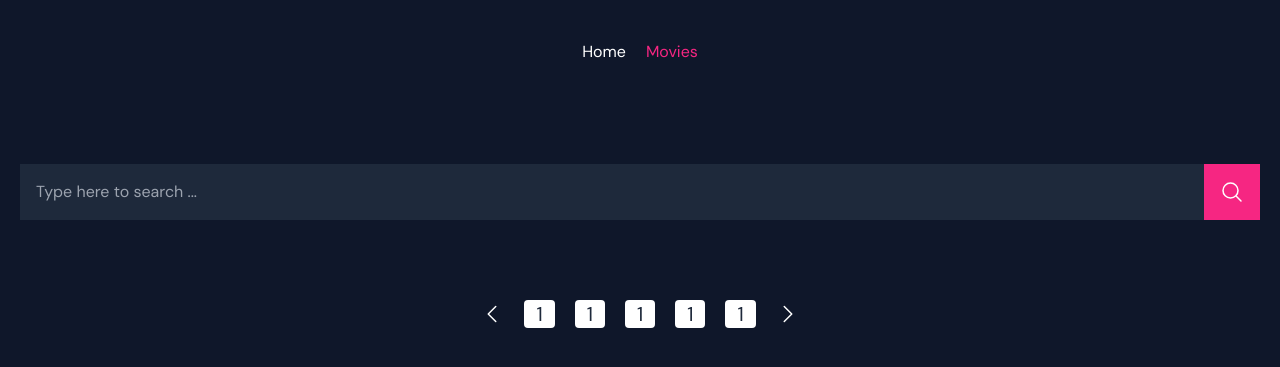
Repository: thanhdinh01/simple-movie
Page: /movies
These files come from the project's save history. The page is drawn as it stood at one moment and after the next save; the edit follows.
The browser window is 1280 px wide. The pictures show the whole page.
The page's requests for data from a server got no answer. The project was rebuilt for these pictures with package versions that can differ from the ones it lists, and the page was loaded fresh each time. No one was signed in, and anything a server would have sent is missing. Also part of the build but not shown: src/components/banner/Banner.js, src/components/movie/MovieCard.js, src/components/movie/MovieList.js, src/pages/HomePage.js, src/pages/MovieDetailPage.js.

Above is the page before, as saved 2023-03-01 11:34:24.

### public/index.html
<!DOCTYPE html>
<html lang="en">
  <head>
    <meta charset="utf-8" />
    <link rel="icon" href="%PUBLIC_URL%/favicon.ico" />
    <meta name="viewport" content="width=device-width, initial-scale=1" />
    <meta name="theme-color" content="#000000" />
    <meta
      name="description"
      content="Web site created using create-react-app"
    />
    <link rel="apple-touch-icon" href="%PUBLIC_URL%/logo192.png" />
    <!--
      manifest.json provides metadata used when your web app is installed on a
      user's mobile device or desktop. See https://developers.google.com/web/fundamentals/web-app-manifest/
    -->
    <link rel="manifest" href="%PUBLIC_URL%/manifest.json" />
    <link rel="preconnect" href="https://fonts.googleapis.com" />
    <link rel="preconnect" href="https://fonts.gstatic.com" crossorigin />
    <link
      href="https://fonts.googleapis.com/css2?family=DM+Sans:wght@400;500;700&display=swap"
      rel="stylesheet"
    />
    <!--
      Notice the use of %PUBLIC_URL% in the tags above.
      It will be replaced with the URL of the `public` folder during the build.
      Only files inside the `public` folder can be referenced from the HTML.

      Unlike "/favicon.ico" or "favicon.ico", "%PUBLIC_URL%/favicon.ico" will
      work correctly both with client-side routing and a non-root public URL.
      Learn how to configure a non-root public URL by running `npm run build`.
    -->
    <title>React App</title>
  </head>
  <body>
    <noscript>You need to enable JavaScript to run this app.</noscript>
    <div id="root"></div>
    <!--
      This HTML file is a template.
      If you open it directly in the browser, you will see an empty page.

      You can add webfonts, meta tags, or analytics to this file.
      The build step will place the bundled scripts into the <body> tag.

      To begin the development, run `npm start` or `yarn start`.
      To create a production bundle, use `npm run build` or `yarn build`.
    -->
  </body>
</html>

### src/index.scss
@tailwind base;
@tailwind components;
@tailwind utilities;

@layer base {
  body {
    @apply bg-slate-900 font-thanh px-5 text-white;
  }
}

@layer components {
  .page-container {
    max-width: 1280px;
    @apply mx-auto;
  }

  .movie-list .swiper-slide {
    width: 300px;
    height: auto;
  }

  .banner .swiper {
    height: 100%;
  }
}

### src/App.js
import { Fragment, React } from "react";
import "swiper/scss";
import Banner from "./components/banner/Banner";
import { Route, Routes } from "react-router-dom";
import Main from "./components/layout/Main";
import HomePage from "./pages/HomePage";
import MoviePage from "./pages/MoviePage";
import MovieDetailPage from "./pages/MovieDetailPage";

function App() {
  return (
    <Fragment>
      <Routes>
        <Route element={<Main></Main>}>
          <Route
            path="/"
            element={
              <>
                <Banner></Banner>
                <HomePage></HomePage>
              </>
            }
          ></Route>
          <Route path="/movies" element={<MoviePage></MoviePage>}></Route>
          <Route
            path="/movie/:movieId"
            element={<MovieDetailPage></MovieDetailPage>}
          ></Route>
        </Route>
      </Routes>
    </Fragment>
  );
}

export default App;

### src/components/layout/Main.js
import React, { Fragment } from "react";
import { Outlet } from "react-router";
import Header from "./Header";

const Main = () => {
  return (
    <Fragment>
      <Header></Header>
      <Outlet></Outlet>
    </Fragment>
  );
};

export default Main;

### src/pages/MoviePage.js
import React, { useEffect, useState } from "react";
import { fetcher } from "../config";
import useSWR from "swr";
import MovieCard from "../components/movie/MovieCard";
import useDebounce from "../hooks/useDebounce";

const MoviePage = () => {
  // const [movies, setMovies] = useState([]);
  const [filter, setFilter] = useState("");
  const [url, setUrl] = useState(
    "https://api.themoviedb.org/3/movie/popular?api_key=3ebac7519711ebbec5fcfb8abd2d5d99"
  );
  let debounceValue = useDebounce(filter, 500);

  const { data, error } = useSWR(url, fetcher);
  const pageQuantity = 5;

  useEffect(() => {
    if (debounceValue) {
      setUrl(
        `https://api.themoviedb.org/3/search/movie?api_key=3ebac7519711ebbec5fcfb8abd2d5d99&query=${debounceValue}`
      );
    } else {
      setUrl(
        "https://api.themoviedb.org/3/movie/popular?api_key=3ebac7519711ebbec5fcfb8abd2d5d99"
      );
    }
  }, [debounceValue]);

  // useEffect(() => {
  //   if (data) setMovies(data?.results);
  // }, [data]);

  const handleChangeSearch = (e) => {
    console.log("value:", e.target.value);
    setFilter(e.target.value);
    console.log("debounceValue:", debounceValue);
  };

  const loading = !data && !error;

  const movies = data?.results || [];

  return (
    <div className="page-container py-10">
      <div className="flex mb-10">
        <div className="flex-1">
          <input
            type="text"
            placeholder="Type here to search ..."
            className="w-full outline-none bg-slate-800 p-4 text-white"
            onChange={handleChangeSearch}
          />
        </div>
        <button className="p-4 bg-primary text-white">
          <svg
            xmlns="http://www.w3.org/2000/svg"
            fill="none"
            viewBox="0 0 24 24"
            strokeWidth="1.5"
            stroke="currentColor"
            className="w-6 h-6"
          >
            <path
              strokeLinecap="round"
              strokeLinejoin="round"
              d="M21 21l-5.197-5.197m0 0A7.5 7.5 0 105.196 5.196a7.5 7.5 0 0010.607 10.607z"
            />
          </svg>
        </button>
      </div>
      {loading && (
        <div className="flex justify-center items-center mx-auto h-10 w-10 rounded-full border-8 border-primary border-t-transparent animate-spin"></div>
      )}
      {!loading && (
        <div className="grid grid-cols-4 gap-10 text-white mt-10">
          {movies?.length > 0 &&
            movies.map((item) => (
              <MovieCard key={item.id} item={item}></MovieCard>
            ))}
        </div>
      )}

      <div className="flex justify-center items-center mt-10 gap-x-5">
        <span className="cursor-pointer">
          <svg
            xmlns="http://www.w3.org/2000/svg"
            fill="none"
            viewBox="0 0 24 24"
            strokeWidth="1.5"
            stroke="currentColor"
            className="w-6 h-6"
          >
            <path
              strokeLinecap="round"
              strokeLinejoin="round"
              d="M15.75 19.5L8.25 12l7.5-7.5"
            />
          </svg>
        </span>
        {new Array(pageQuantity).fill(0).map((item, index) => (
          <span className="cursor-pointer bg-white text-slate-800 px-3 py-1 rounded leading-none text-xl">
            1
          </span>
        ))}
        <span className="cursor-pointer">
          <svg
            xmlns="http://www.w3.org/2000/svg"
            fill="none"
            viewBox="0 0 24 24"
            strokeWidth="1.5"
            stroke="currentColor"
            className="w-6 h-6"
          >
            <path
              strokeLinecap="round"
              strokeLinejoin="round"
              d="M8.25 4.5l7.5 7.5-7.5 7.5"
            />
          </svg>
        </span>
      </div>
    </div>
  );
};

export default MoviePage;

### src/config.js
export const fetcher = (...args) => fetch(...args).then((res) => res.json());

export const apiKey = "3ebac7519711ebbec5fcfb8abd2d5d99";

### src/components/layout/Header.js
import React from "react";
import { NavLink } from "react-router-dom";

const Header = () => {
  return (
    <header className="header flex items-center justify-center gap-x-5 py-10 mb-5 text-white">
      <NavLink
        to="/"
        className={({ isActive }) => (isActive ? "text-primary" : "text-white")}
      >
        Home
      </NavLink>
      <NavLink
        to="/movies"
        className={({ isActive }) => (isActive ? "text-primary" : "text-white")}
      >
        Movies
      </NavLink>
    </header>
  );
};

export default Header;

### src/hooks/useDebounce.js
import { useEffect, useState } from "react";

export default function useDebounce(value = "", delay = 1000) {
  const [debouncedValue, setDebouncedValue] = useState(value);

  useEffect(() => {
    const timer = setTimeout(() => setDebouncedValue(value), delay || 500);

    return () => {
      clearTimeout(timer);
    };
  }, [value, delay]);

  return debouncedValue;
}

### tailwind.config.js
/** @type {import('tailwindcss').Config} */
module.exports = {
  content: ["./src/**/*.{js,jsx,ts,tsx}"],
  theme: {
    extend: {
      fontFamily: {
        thanh: ["DM sans", "sans-serif"],
      },
      colors: {
        primary: "#F62682",
        second: "#5f27cd",
      },
    },
  },
  plugins: [],
};

Loaded but not shown: src/index.js (common file); src/reportWebVitals.js (common file)

After the next save:
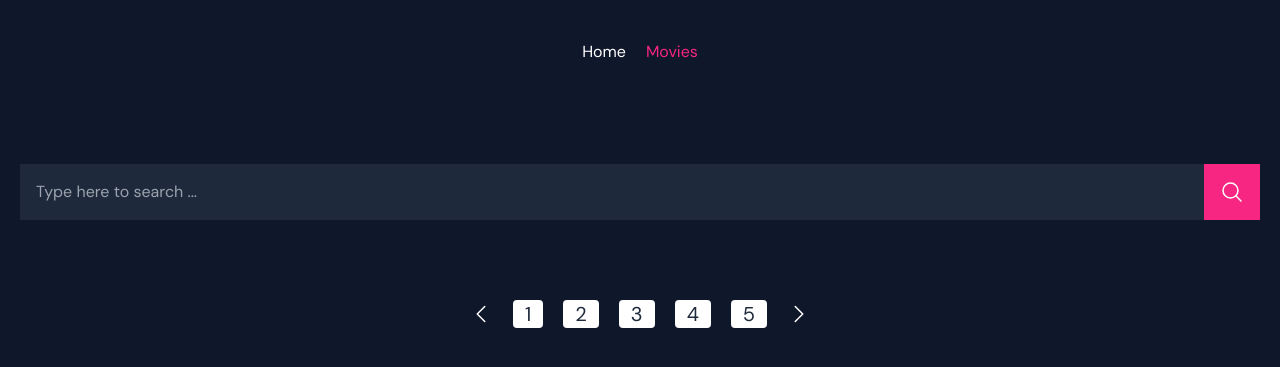
Saved 8 s later.
--- a/src/pages/MoviePage.js
+++ b/src/pages/MoviePage.js
@@ -100,7 +100,7 @@ const MoviePage = () => {
         </span>
         {new Array(pageQuantity).fill(0).map((item, index) => (
           <span className="cursor-pointer bg-white text-slate-800 px-3 py-1 rounded leading-none text-xl">
-            1
+            {index + 1}
           </span>
         ))}
         <span className="cursor-pointer">
